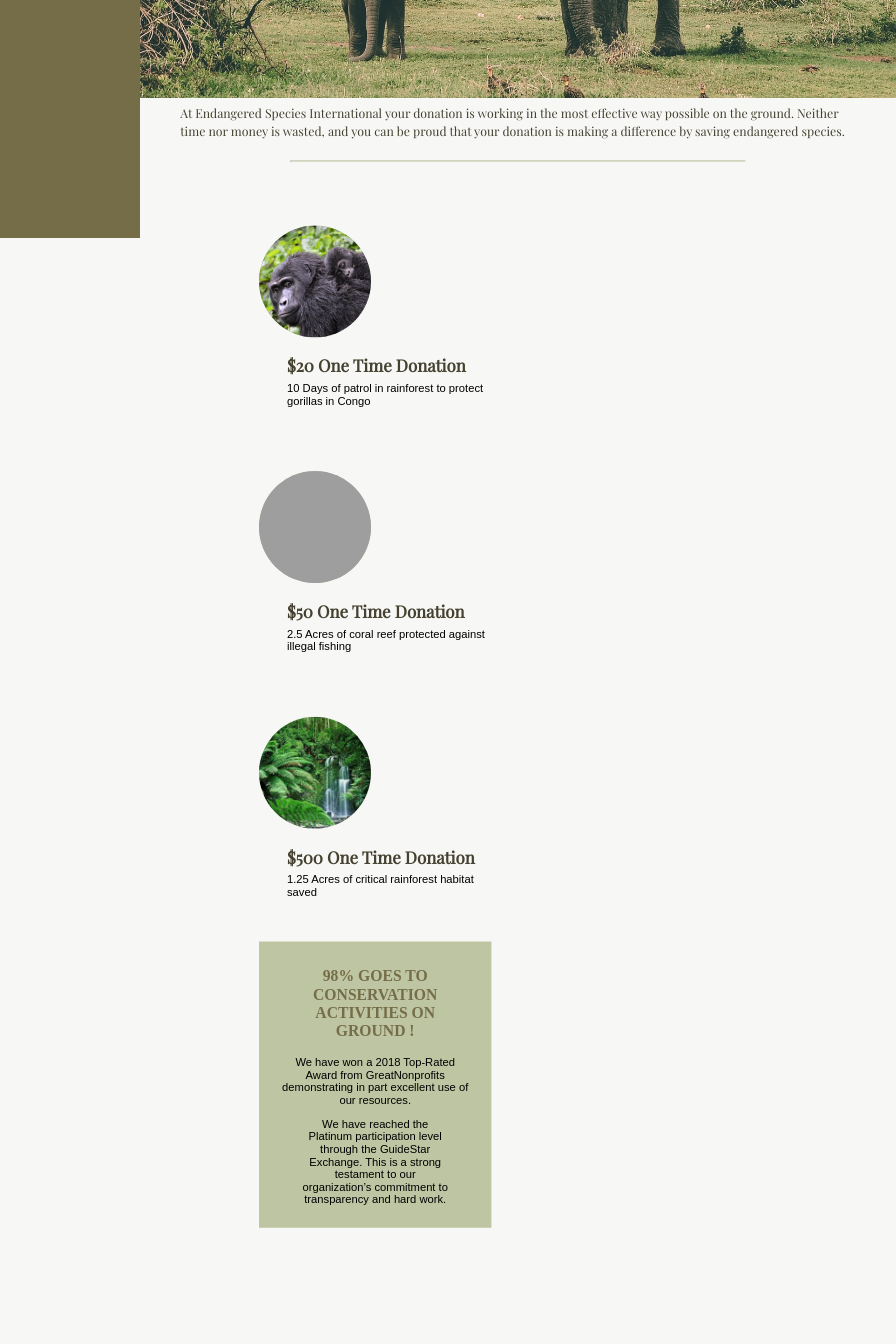
Repository: jlsorgel/smc_WD2_spring20
Page: final/donate.html
The author's editor kept a copy of each file at every save. The page is drawn from the files as they stood at one save, then again after the next save.
The browser window is 1280 px wide. The pictures show the part of the page from y = 400 to 2320 px (the page is 3656 px tall before and 2247 px after), at 70% of full size.
Pictures or frames that could not be fetched are drawn as grey boxes. Some web fonts or font styles are not loaded; a fallback is used. Some web libraries are served in a nearby version.

Above is the page before, as saved 2020-06-14 16:39:24.
Console error: TypeError: Cannot set properties of null (setting 'onclick')

After the next save:
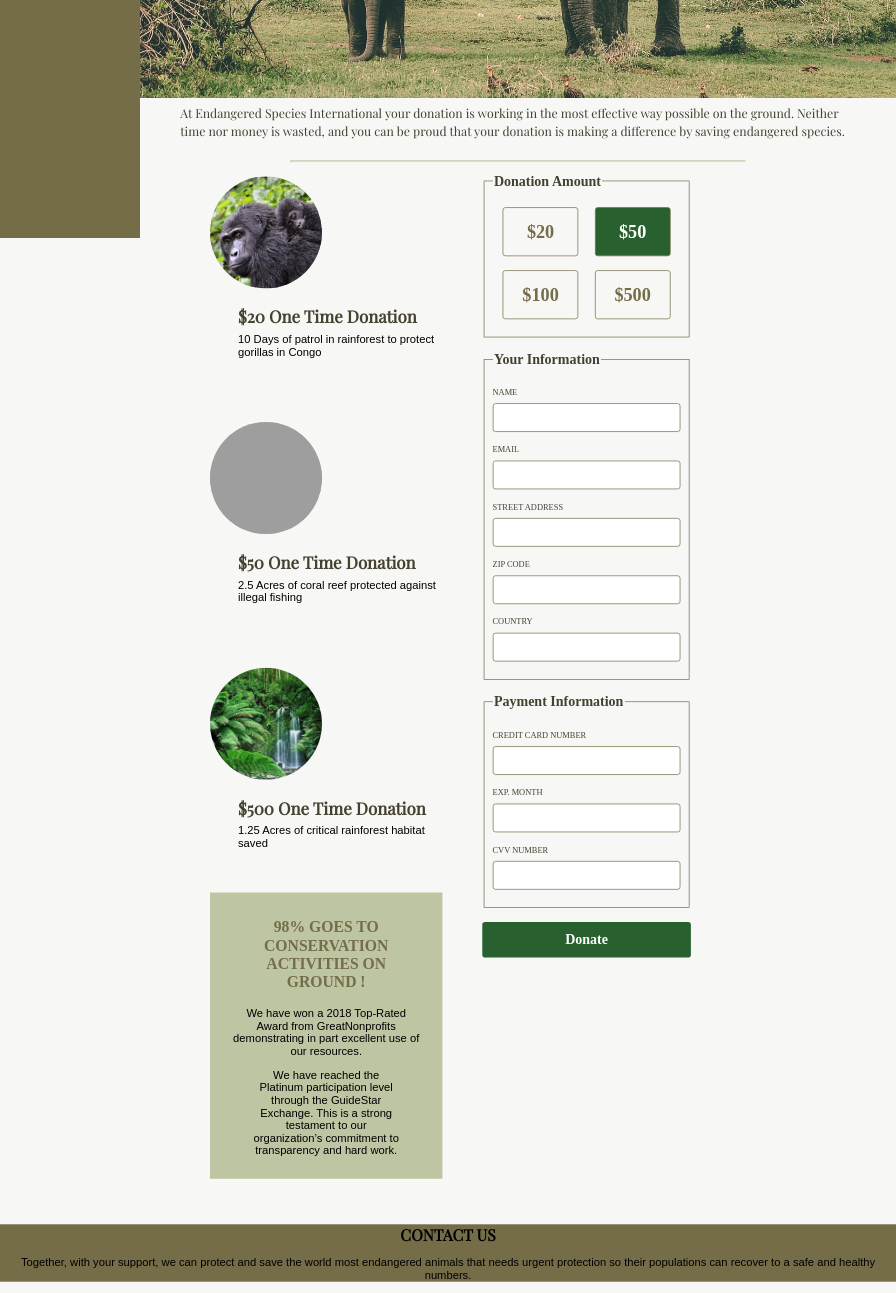
Saved 2 min 35 s later.
--- a/final/donate.css
+++ b/final/donate.css
@@ -333,7 +333,7 @@
 }
 .column {
   float: left;
-  padding: 70px;
+  /* padding: 70px; */
 
 }
 

After the save that followed:
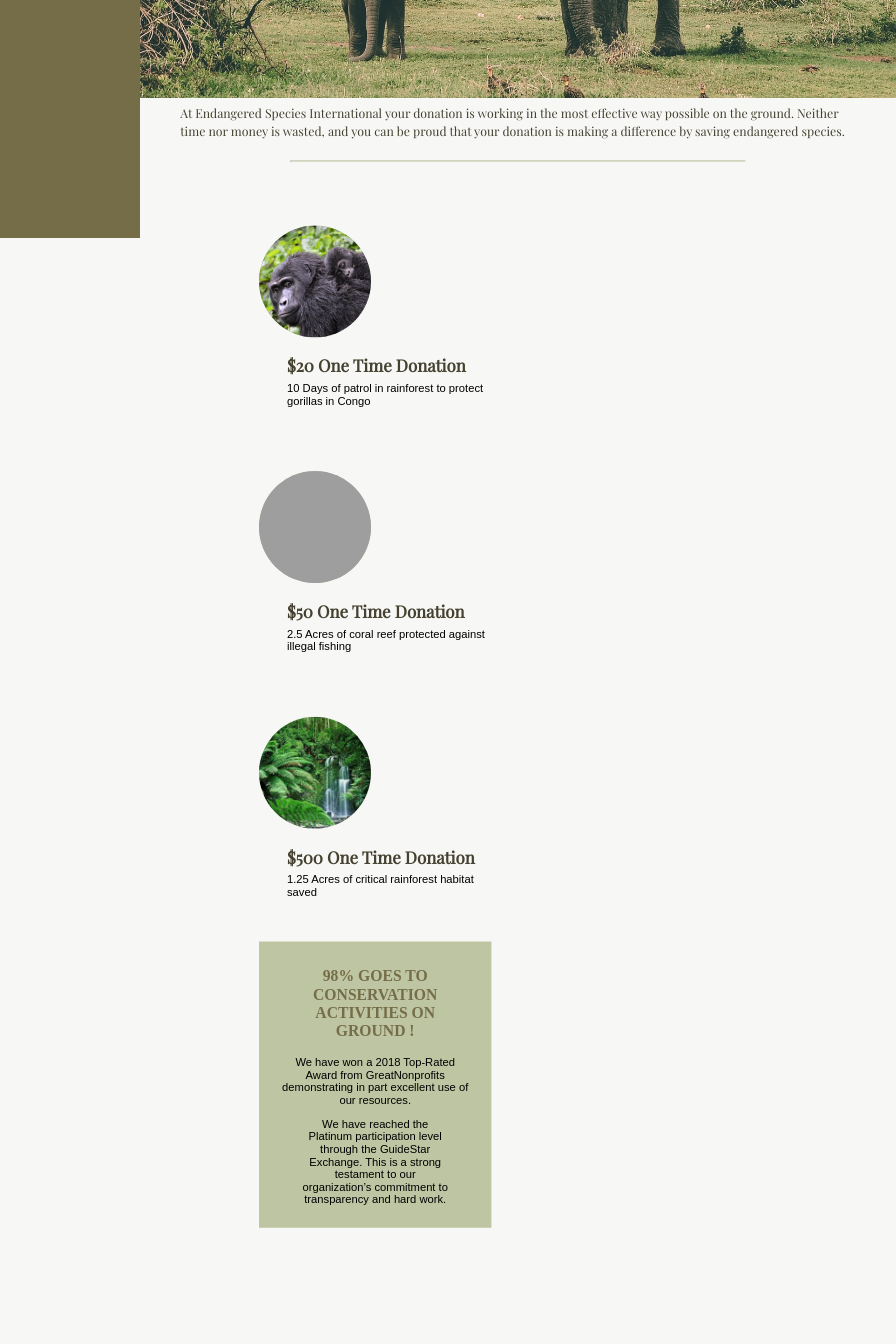
Saved 18 s later.
--- a/final/donate.css
+++ b/final/donate.css
@@ -333,7 +333,7 @@
 }
 .column {
   float: left;
-  /* padding: 70px; */
+  padding: 70px;
 
 }
 
